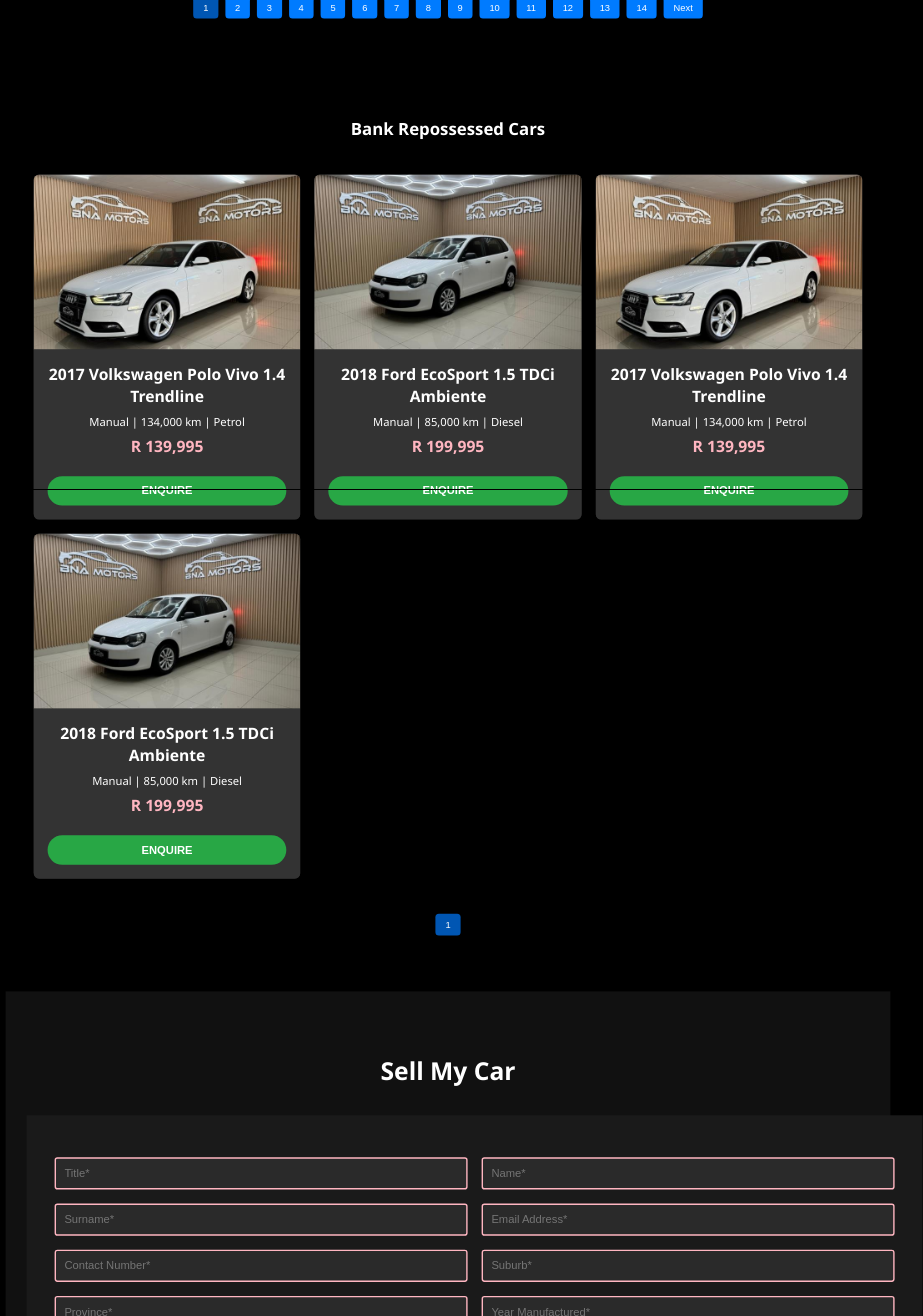
Repository: The-man-of-books/BNA2
Page: index.html
The author's editor kept a copy of each file at every save. The page is drawn from the files as they stood at one save, then again after the next save.
The browser window is 1280 px wide. The page is 1318 px wide, so the pictures cover 1318 px, including what lies to the right of the window. The pictures show the part of the page from y = 2205 to 4085 px (the page is 10238 px tall before and 9687 px after), at 70% of full size.

Above is the page before, as saved 2025-07-02 19:35:18.
Console error: TypeError: Cannot set properties of null (setting 'innerHTML')

After the next save:
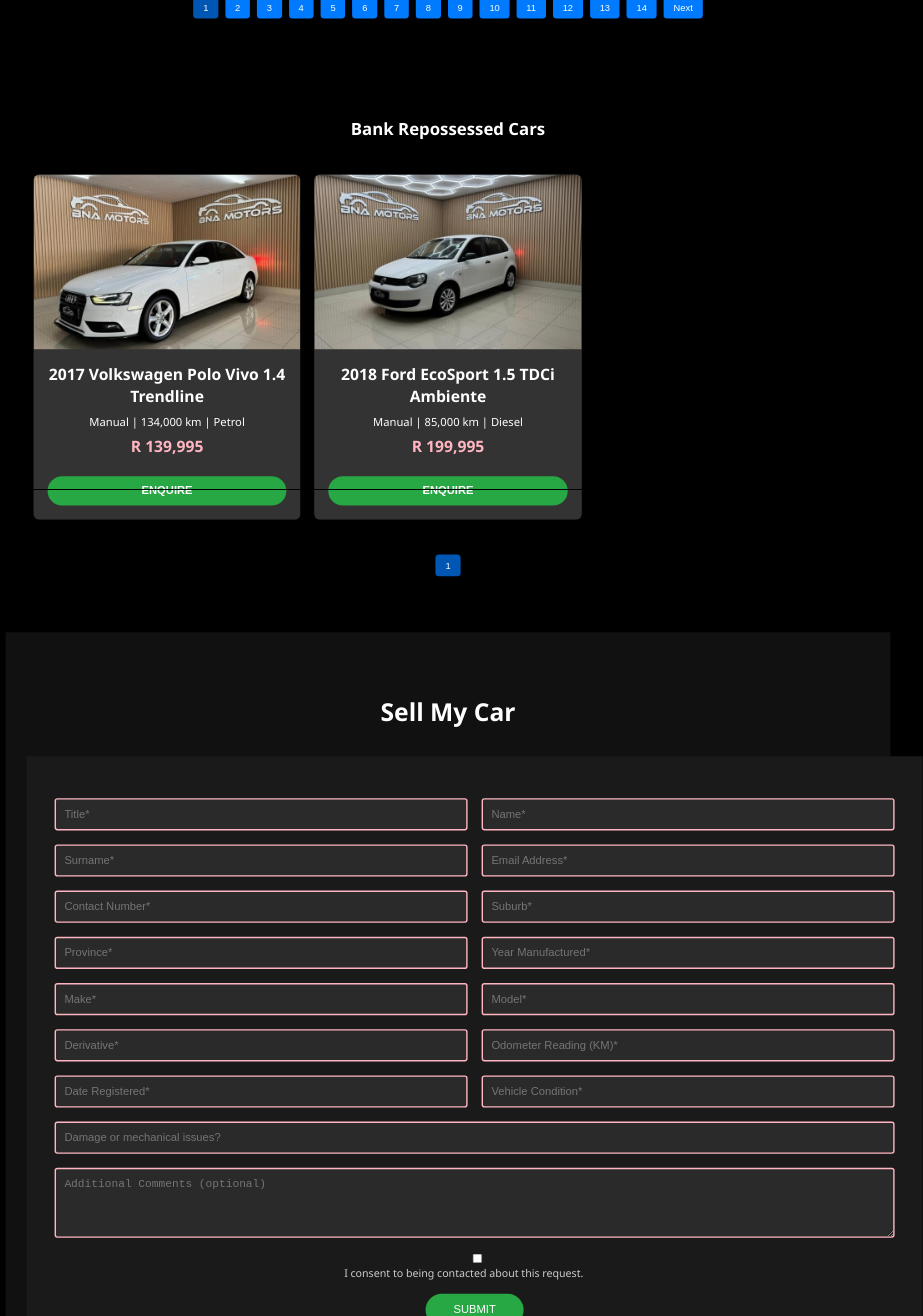
The error is gone.
Saved 4 min 28 s later.
--- a/index.html
+++ b/index.html
@@ -392,68 +392,32 @@
 <div id="bankRepoGrid" class="vehicle-grid"></div>
 <p id="statusMsg" style="text-align:center;color:orange;"></p>
 
+<!-- jQuery + Slick Carousel (Keep only if you're using Slick elsewhere) -->
+<script src="https://code.jquery.com/jquery-3.6.0.min.js"></script>
+<script src="https://cdn.jsdelivr.net/npm/slick-carousel@1.8.1/slick/slick.min.js"></script>
+
 <script>
 document.addEventListener("DOMContentLoaded", () => {
   const grid = document.getElementById("bankRepoGrid");
-  const status = document.getElementById("statusMsg");
-
-  fetch('bank-repo-cars.json')
-    .then(res => {
-      if (!res.ok) throw new Error("JSON file not found");
-      return res.json();
-    })
-    .then(cars => {
-      if (!Array.isArray(cars)) throw new Error("Invalid JSON format");
-      if (cars.length === 0) {
-        status.textContent = "No repossessed cars listed yet.";
-        return;
-      }
-
-      cars.forEach(car => {
-        const card = `
-          <div class="vehicle-card">
-            <img src="${car.image}" alt="${car.title}" />
-            <div class="vehicle-info">
-              <h3>${car.title}</h3>
-              <p>${car.desc}</p>
-              <p class="price">${car.price}</p>
-              <button class="enquire-btn">ENQUIRE</button>
-            </div>
-          </div>
-        `;
-        grid.innerHTML += card;
-      });
-
-      status.textContent = "✔ Cars loaded";
-    })
-    .catch(err => {
-      status.textContent = `❌ Failed: ${err.message}`;
-      console.error(err);
-    });
-});
-</script>
-
-<!-- jQuery + Slick Carousel JS -->
-<script src="https://code.jquery.com/jquery-3.6.0.min.js"></script>
-<script src="https://cdn.jsdelivr.net/npm/slick-carousel@1.8.1/slick/slick.min.js"></script>
-
-<script>
-  document.addEventListener("DOMContentLoaded", () => {
-  const grid = document.getElementById("carGrid");
   const pagination = document.getElementById("pagination");
   const carsPerPage = 6;
   let currentPage = 1;
   let allCars = [];
 
   fetch('bank-repo-cars.json')
-    .then(res => res.json())
+    .then(res => {
+      if (!res.ok) throw new Error("Failed to fetch cars.");
+      return res.json();
+    })
     .then(data => {
+      if (!Array.isArray(data)) throw new Error("Invalid JSON structure.");
       allCars = data;
       renderPage(currentPage);
       renderPagination();
+      attachEnquireHandlers();
     })
     .catch(err => {
-      grid.innerHTML = "<p style='color:red;'>❌ Failed to load cars.</p>";
+      grid.innerHTML = `<p style="color:red;">❌ Failed to load cars: ${err.message}</p>`;
       console.error(err);
     });
 
@@ -477,6 +441,8 @@
       `;
       grid.appendChild(card);
     });
+
+    attachEnquireHandlers(); // re-bind after rendering
   }
 
   function renderPagination() {
@@ -495,7 +461,6 @@
       pagination.appendChild(btn);
     }
 
-    // Add next button
     if (currentPage < totalPages) {
       const nextBtn = document.createElement('button');
       nextBtn.textContent = 'Next';
@@ -507,8 +472,20 @@
       pagination.appendChild(nextBtn);
     }
   }
+
+  function attachEnquireHandlers() {
+    document.querySelectorAll('.enquire-btn').forEach(btn => {
+      btn.addEventListener('click', () => {
+        const card = btn.closest('.vehicle-card');
+        const title = card.querySelector('h3').textContent;
+        // Formspree version (recommended)
+        window.location.href = `enquire.html?vehicle=${encodeURIComponent(title)}`;
+        // Or open mail client:
+        // window.location.href = `mailto:andy@bnamotors.co.za?subject=Enquiry about ${encodeURIComponent(title)}&body=Hi, I'm interested in the ${encodeURIComponent(title)}. Please send more info.`;
+      });
+    });
+  }
 });
-
 </script>
 
 <footer class="footer">
